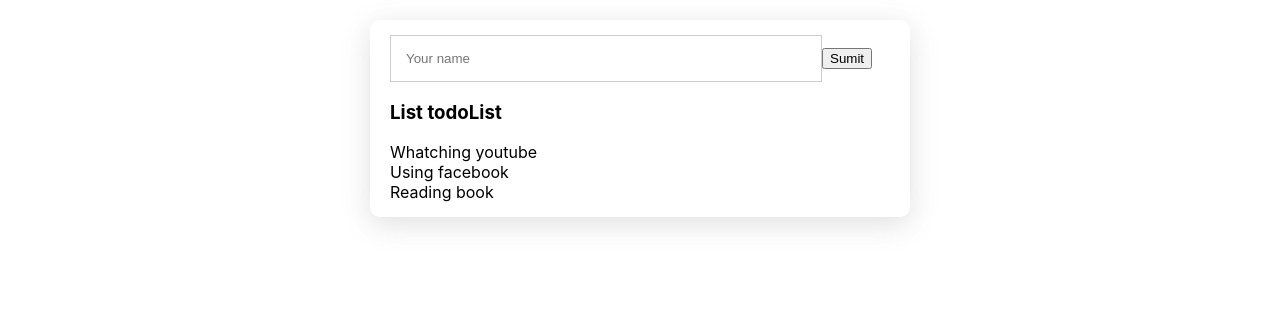
Repository: hoang0508/ReactJsHoiDanIT
Page: /weather
These files come from the project's save history. The page is drawn as it stood at one moment and after the next save; the edit follows.
The browser window is 1280 px wide. The pictures show the whole page.
The project was rebuilt for these pictures with package versions that can differ from the ones it lists, and the page was loaded fresh each time. Also part of the build but not shown: src/App.css.

Above is the page before, as saved 2022-02-04 16:18:14.

After the next save:
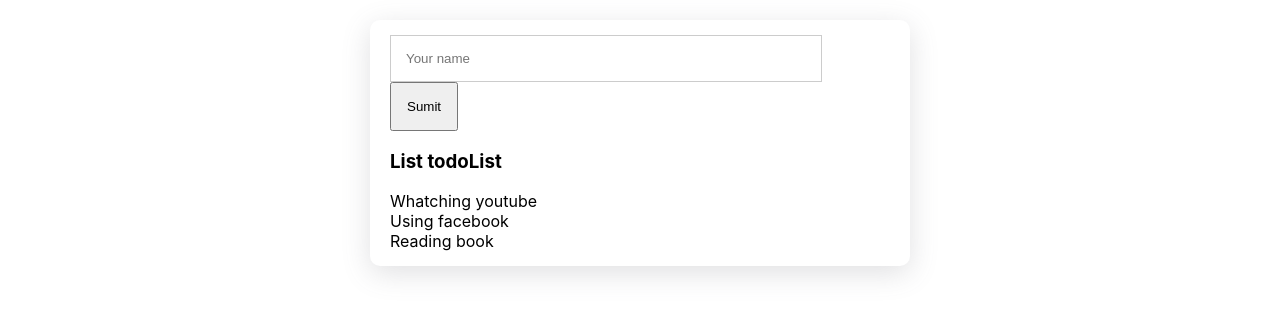
Saved 18 s later.
--- a/src/components/TodoApp/TodoList.scss
+++ b/src/components/TodoApp/TodoList.scss
@@ -13,4 +13,7 @@
     border: 1px solid #ccc;
     padding: 15px;
   }
+  &-btn {
+    padding: 15px;
+  }
 }
